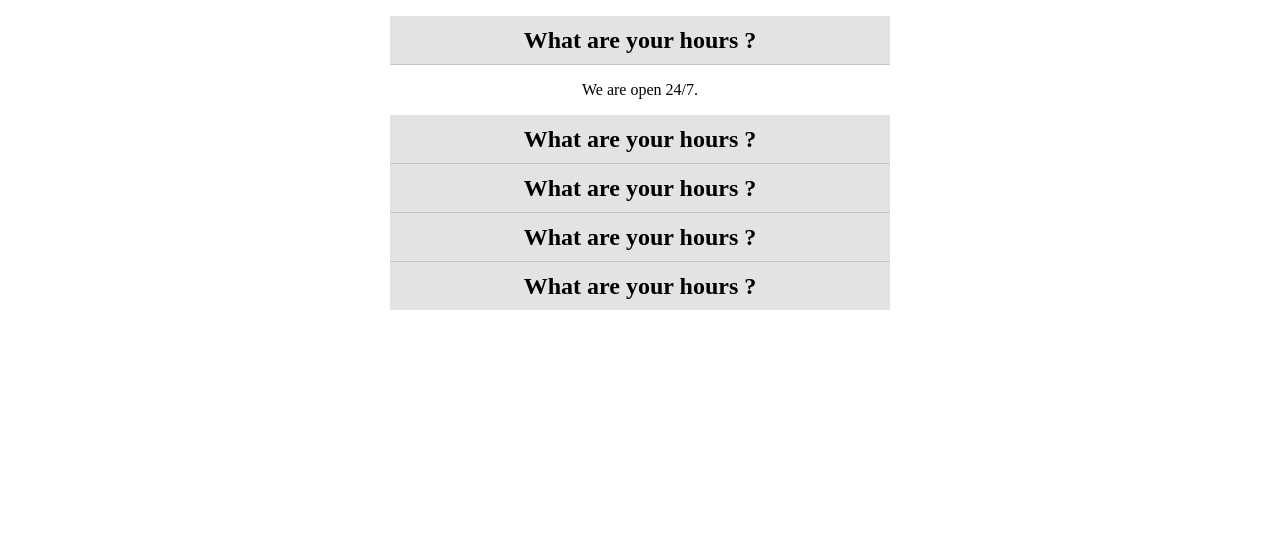
Repository: nema38/30DaysTrainning
Page: 30Days05/index.html
These files come from the project's save history. The page is drawn as it stood at one moment and after the next save; the edit follows.
The browser window is 1280 px wide. The pictures show the whole page.
Some web libraries are served in a nearby version.

Above is the page before, as saved 2014-04-15 20:31:09.

After the next save:
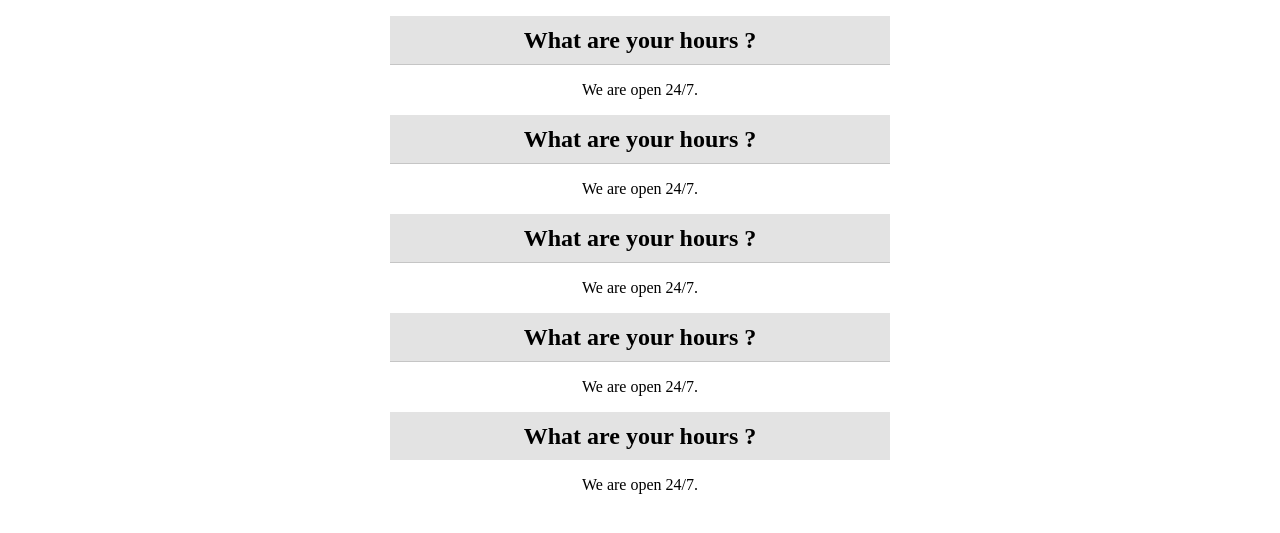
Console error: SyntaxError: Unexpected token '.'
Saved 3 min 47 s later.
--- a/30Days05/index.html
+++ b/30Days05/index.html
@@ -29,8 +29,11 @@
 
 				dd.filter(':nth-child(n+4)').addClass('hide');
 				$('dt').on('mouseenter', function() {
-					$(this).next().siblings('dd').hide();
-					$(this).next().show();
+					$(this)
+						.next()
+							.siblings('dd')
+								.hide();
+							.show();
 				})
 
 

After the 2 saves that followed:
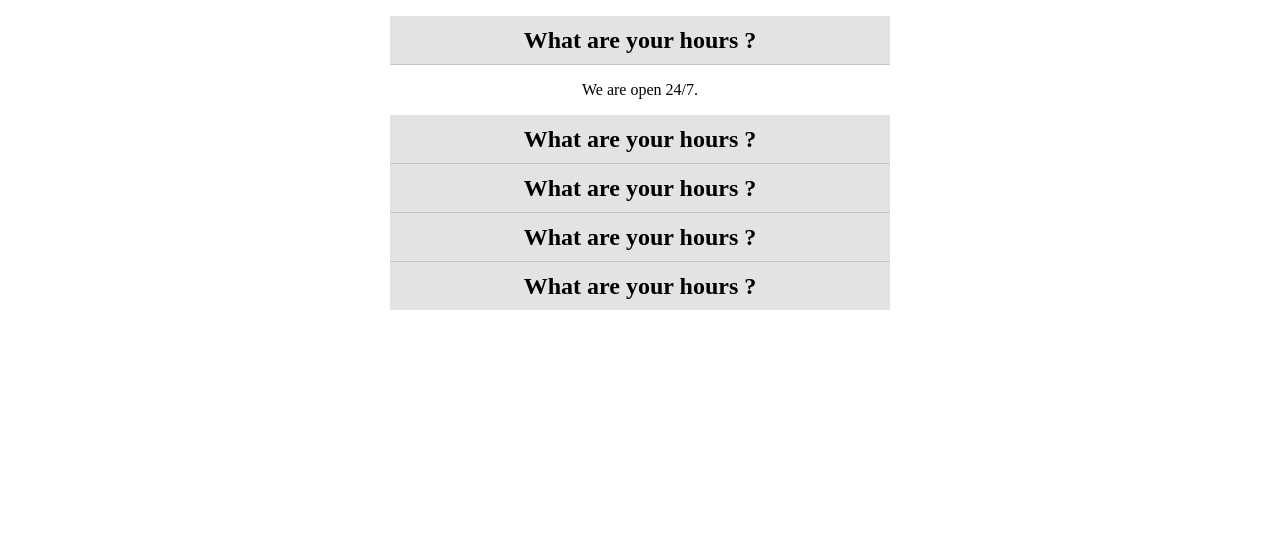
The error is gone.
The 2 saves are shown as one change because 1 left the picture as it was.
The last was saved 61 s later.
--- a/30Days05/index.html
+++ b/30Days05/index.html
@@ -31,9 +31,9 @@
 				$('dt').on('mouseenter', function() {
 					$(this)
 						.next()
+							.show()
 							.siblings('dd')
 								.hide();
-							.show();
 				})
 
 
